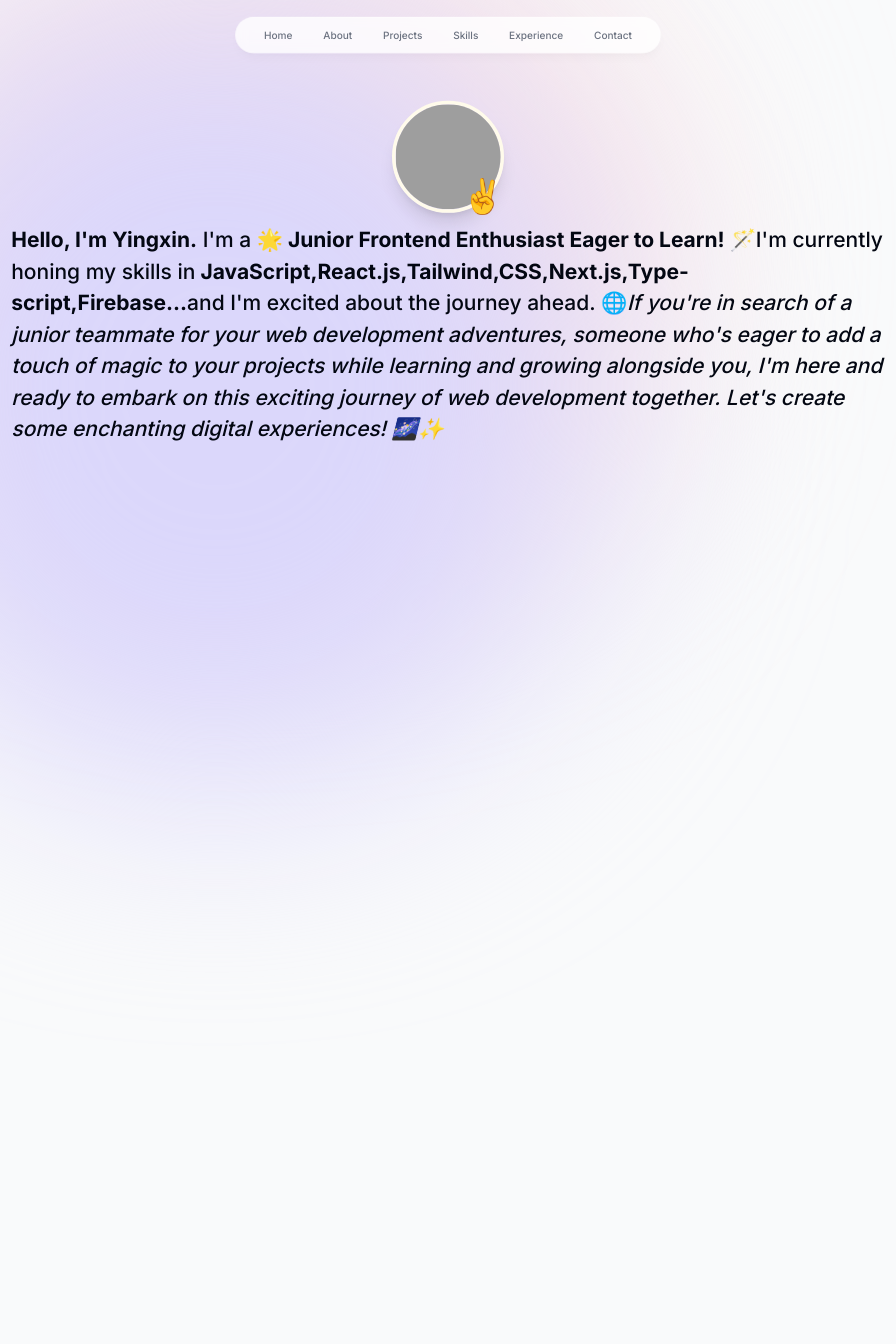
Repository: Tracy-maker/portfolio_website
Page: /
The author's editor kept a copy of each file at every save. The page is drawn from the files as they stood at one save, then again after a run of saves.
The browser window is 1280 px wide. The pictures show the part of the page from y = 0 to 1920 px (the page is 5000 px tall), at 70% of full size.
Pictures or frames that could not be fetched are drawn as grey boxes. The project was rebuilt for these pictures with package versions that can differ from the ones it lists, and the page was loaded fresh each time. The framework's server and built-in components were replaced by stand-ins that run in the browser. Also part of the build but not shown: next.config.js.

Above is the page before, as saved 2023-10-02 18:01:54.

After the next 3 saves:
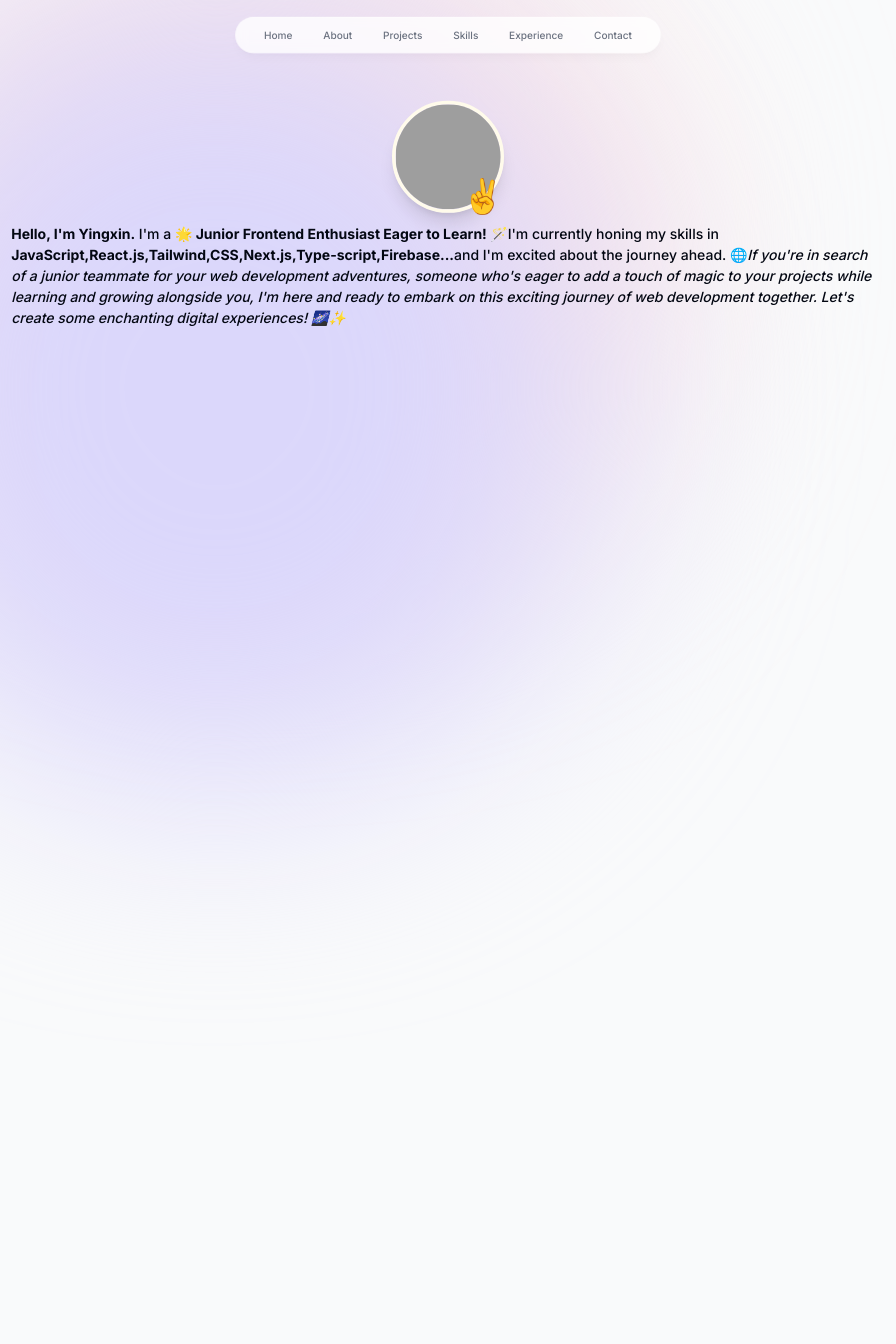
The 3 saves are shown as one change because they came seconds apart.
The last was saved 9 s later.
--- a/components/intro.tsx
+++ b/components/intro.tsx
@@ -44,7 +44,7 @@ export default function Intro() {
         </div>
       </div>
       <motion.h6
-        className="mb-10 mt-4 px-4 text-2xl font-medium !leading-[1.5] sm:text-3xl"
+        className="mb-10 mt-4 px-4 text-2xl font-medium !leading-[1.5] sm:text-xl"
         initial={{ opacity: 0, y: 100 }}
         animate={{ opacity: 1, y: 0 }}
       >
